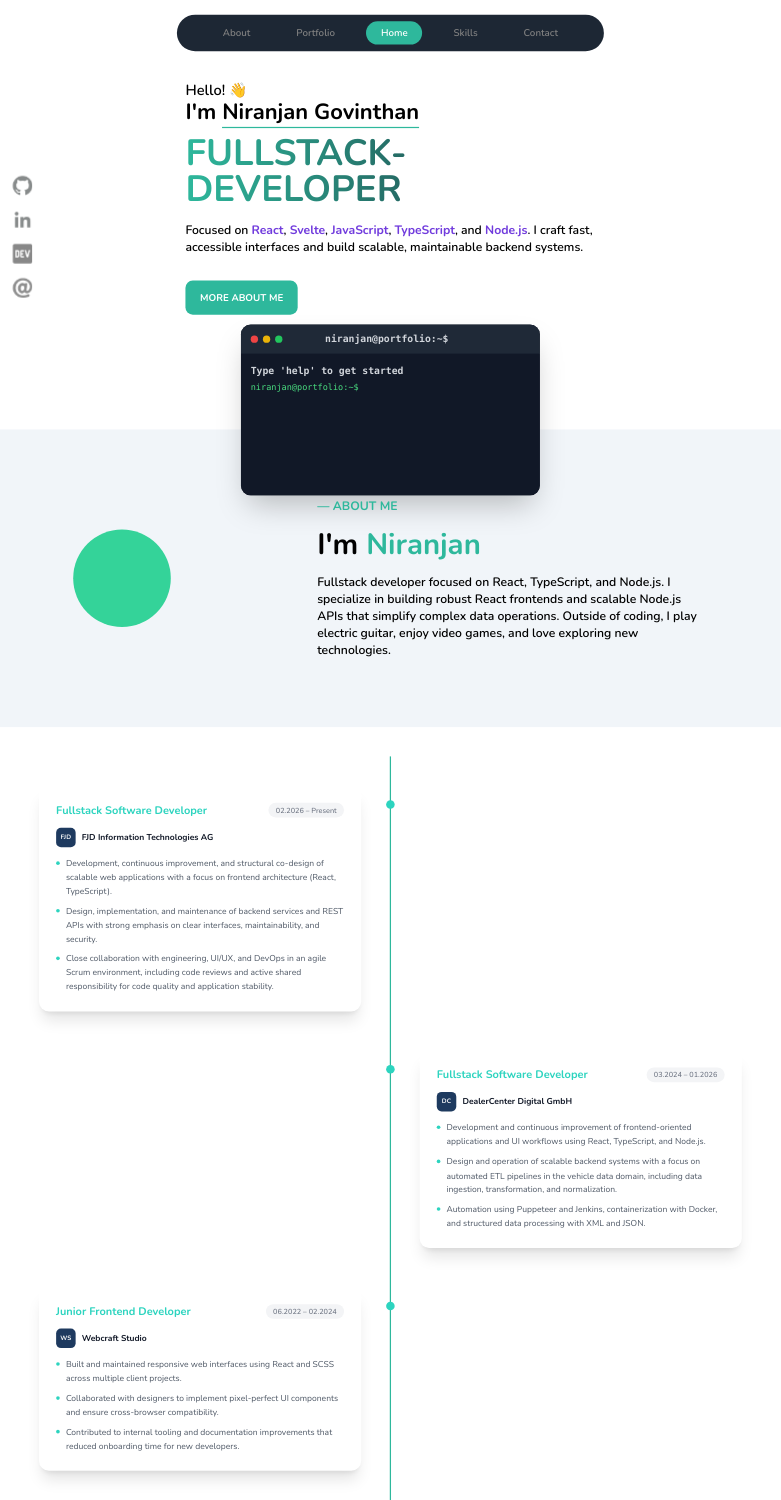
Repository: Niranjan-webdev/My-portfolio
Page: /
These files come from the project's save history. The page is drawn as it stood at one moment and after the next save; the edit follows.
The browser window is 1280 px wide. The pictures show the whole page, at 61% of full size.
The project was rebuilt for these pictures with package versions that can differ from the ones it lists, and the page was loaded fresh each time. Also part of the build but not shown: next.config.mjs.

Above is the page before, as saved 2026-03-21 12:05:19.

### src/index.css

body {

  margin: 0;
  font-family: "Nunito", sans-serif;
  -webkit-font-smoothing: antialiased;
  -moz-osx-font-smoothing: grayscale;
}

code {
  font-family: source-code-pro, Menlo, Monaco, Consolas, 'Courier New',
    monospace;
}

### src/App.js
import logo from './logo.svg';
import './App.css';
import { RiHeartFill } from '@remixicon/react'
import { Topnavbar, MainContainer } from './components';
// import Topnavbar from './components/Topnavbar';

function App() {
  return (
   <>
    <Topnavbar/>
    <MainContainer/>
   </>
  );
}

export default App;

### src/App.css
@import url('https://fonts.googleapis.com/css2?family=Fira+Code:wght@300..700&family=Nunito:ital,wght@0,200..1000;1,200..1000&display=swap');

@tailwind base;
@tailwind components;
@tailwind utilities;


.topbar__wrapper{
    @apply w-full flex justify-center
}
.topbar__content{
    @apply  py-2 bg-[#1d2734] mt-6 px-6 py-[18px] rounded-[30px] w-[700px]
}
.topbar__content ul {
   @apply flex justify-evenly
}
.topbar__content ul li{

}
.topbar__content ul li a{
    @apply  font-semibold py-2 px-6 rounded-full
}
/* .topbar__content ul li a:hover{
    @apply  text-lg
} */
.socialmedia__bar a img{
    @apply opacity-50
}
/* .burgerMenu span{
    @apply
} */

### src/components/index.js
export {default as Topnavbar} from "./Topnavbar"
export {default as MainContainer} from "./MainContainer"
export {default as Terminal} from "./terminal"
export {default as Timeline} from "./timeLine"
export {default as TimelineCard} from "./TimelineCard"

export {default as github} from "../assets/github-logo-dark.png"
export {default as linkedIn} from "../assets/linkedin-logo-dark.png"
export {default as DevTo} from "../assets/devto-logo-light.png"
export {default as mail} from "../assets/mail-logo-dark.5ab6061889d3fa3a24ef.png"

### src/components/Topnavbar.js
import { useState } from 'react'
import React from 'react'
import logo from '../assets/logo.svg'

function Topnavbar() {
    const [activeTab, setActiveTab] = useState('Home')
    const [isMenuOpen, setIsMenuOpen] = useState(false)

    const navItems = ['About', 'Portfolio', 'Home', 'Skills', 'Contact']

    const handleTabClick = (tabName) => {
        setActiveTab(tabName)
        console.log('Active tab changed to:', tabName)
    }
    const handleModal = () => {
        setIsMenuOpen(!isMenuOpen)
    }
    return (
        <>
            <div className='topbar__wrapper'>
                <nav className='topbar__content'>
                    <ul className=''>
                        {navItems.map((item) => (
                            <li key={item}>
                                <a
                                    onClick={() => handleTabClick(item)}
                                    className={`cursor-pointer transition-colors duration-200 ${activeTab === item
                                            ? 'bg-[#2eb89c] text-white font-semibold px-4 py-2 rounded'
                                            : 'text-[#808080] hover:text-[#2eb89c] px-4 py-2'
                                        }`}
                                >
                                    {item}
                                </a>
                            </li>
                        ))}
                    </ul>
                </nav>
            </div>
           {/* <div className='responsive__topbar fixed bg-white z-50'>
                <button className='burgerMenu fixed right-10 top-10 flex flex-col gap-[3px]'
                onClick={handleModal}>
                    <span className={`px-[12px] py-[2px] bg-black w-full rounded transition-transform duration-300
                      ${  isMenuOpen? 'rotate-45 translate-y-1.5' : ''
                    }`}
                   ></span>
                    <span className={`px-[12px] py-[2px] bg-black w-full rounded
                         ${  isMenuOpen? 'opacity-0' : ''
                }`}></span>
                    <span className={`px-[12px] py-[2px] bg-black w-full rounded transition-transform duration-300
                      ${  isMenuOpen? '-rotate-45 -translate-y-1.5' : ''
                    }`}></span>
                </button>
                <ul className={`responsive__content h-screen w-screen flex flex-col items-center justify-evenly
                ${isMenuOpen ? 'h-screen opacity-100' : 'max-h-0 opacity-0'}`}>
                {navItems.map((item) => (
                            <li key={item}>
                                <a
                                    onClick={() => handleTabClick(item)}
                                    className={"text-2xl font-bold"}>
                                    {item}
                                </a>
                            </li>
                        ))}
                </ul>
            </div>  */}
        </>
    )
}

export default Topnavbar

### src/components/MainContainer.js
import React from 'react'
import hero from '../assets/hero.png'
import logoOutline from '../assets/logo-outline.svg'
import dotcircles from '../assets/dotcircles.svg'
import { Terminal, github, linkedIn, mail, DevTo } from "./index"
import TimeLine from './timeLine'
// import OwlCarousel from 'react-owl-carousel';
// import 'owl.carousel/dist/assets/owl.carousel.css';
// import 'owl.carousel/dist/assets/owl.theme.default.css';

function MainContainer() {
    return (
        <>
            {/* Hero Banner start */}
            <section className='w-full'>
                {/* Social media bar */}
                <div className='socialmedia__bar ml-[1.3rem] fixed top-[40%] flex md:flex-col flex-col gap-6 w-[32px]'>
                    <a><img src={github} /></a>
                    <a><img src={linkedIn} /></a>
                    <a><img src={DevTo} /></a>
                    <a><img src={mail} /></a>
                </div>
                {/* Social media bar */}
                <div className='hero__banner h-[calc(100vh-100px)] flex items-center justify-around px-[5rem] py-[3rem] md:flex flex-wrap gap-4'>
                    <div className='banner__content w-3/5'>
                        <h4 className='text-2xl font-semibold'>Hello! 👋</h4>
                        <h2 className='text-4xl mb-4 font-bold'>I'm <span className='border-b-2 border-[#2eb89c]'>Niranjan Govinthan</span></h2>
                        <h1 className='text-6xl mb-6 font-bold bg-gradient-to-r from-[#2eb89c] to-[#1d2734] text-transparent bg-clip-text'>FULLSTACK-DEVELOPER</h1>
                        <p className='text-xl mb-10 font-semibold'>Focused on  <span className='text-[#713cdd] font-bold'>React</span>,  <span className='text-[#713cdd] font-bold'>Svelte</span>, <span className='text-[#713cdd] font-bold'>JavaScript</span>, <span className='text-[#713cdd] font-bold'>TypeScript</span>, and <span className='text-[#713cdd] font-bold'>Node.js</span>. I craft fast, accessible interfaces and build scalable, maintainable backend systems.</p>
                        <button className='py-4 px-6 bg-[#2eb89c] hover:bg-[#79cdb9] rounded-[12px] text-white text-base font-bold'>MORE ABOUT ME</button>
                    </div>
                    <Terminal />
                </div>
            </section>
            {/* Hero Banner end */}

            {/* About me */}
            <section className=' about__me flex bg-[#f1f5f9]'>
                <div className='about__container w-full py-[7rem] flex items-center justify-around'>
                    <div className='profile'>
                        <div className='p-20 rounded-full bg-emerald-400'></div>
                    </div>
                    <div className='about__content w-1/2'>
                        <h4 className='text-xl font-bold text-[#2eb89c] mb-6'>— ABOUT ME</h4>
                        <h2 className='text-5xl text-[#2eb89c] mb-6 font-bold'><span className='text-black'>I'm</span> Niranjan</h2>
                        <p className='text-xl font-[600]'>Fullstack developer focused on React, TypeScript, and Node.js. I specialize in building robust React frontends and scalable Node.js APIs that simplify complex data operations. Outside of coding, I play electric guitar, enjoy video games, and love exploring new technologies.</p>
                    </div>
                </div>

            </section>
            <TimeLine/>
            {/* About me */}
        </>
    )
}

export default MainContainer

### src/components/terminal.js
import React, { useState, useEffect, useRef } from 'react';

const Terminal = () => {
  const [input, setInput] = useState('');
  const [history, setHistory] = useState([
    { type: 'output', content: "Type 'help' to get started" }
  ]);
  const [currentPath, setCurrentPath] = useState('~');
  const [commandHistory, setCommandHistory] = useState([]);
  const [historyIndex, setHistoryIndex] = useState(-1);
  const inputRef = useRef(null);
  const terminalRef = useRef(null);

  // Sample file system structure
  const fileSystem = {
    '~': {
      type: 'directory',
      contents: {
        'projects': {
          type: 'directory',
          contents: {
            'portfolio': { type: 'directory', contents: {} },
            'blog': { type: 'directory', contents: {} },
            'README.md': { type: 'file', content: 'Welcome to my projects!' }
          }
        },
        'documents': {
          type: 'directory',
          contents: {
            'resume.pdf': { type: 'file', content: 'Resume file' },
            'notes.txt': { type: 'file', content: 'Personal notes' }
          }
        },
        'about.txt': { type: 'file', content: 'Full-stack developer passionate about creating amazing web experiences.' }
      }
    }
  };

  // Available commands
  const commands = {
    help: () => [
      'Available commands:',
      '  help     - Show this help message',
      '  clear    - Clear the terminal',
      '  ls       - List directory contents',
      '  cd       - Change directory',
      '  cat      - Display file contents',
      '  pwd      - Show current directory',
      '  whoami   - Display user information',
      '  date     - Show current date',
      '  echo     - Display text',
      '  about    - About me',
      '  skills   - My technical skills',
      '  contact  - Contact information'
    ],
    clear: () => {
      setHistory([]);
      return [];
    },
    ls: () => {
      const currentDir = getCurrentDirectory();
      if (currentDir && currentDir.contents) {
        return Object.keys(currentDir.contents).map(item => {
          const itemObj = currentDir.contents[item];
          return itemObj.type === 'directory' ? `📁 ${item}/` : `📄 ${item}`;
        });
      }
      return ['Directory not found'];
    },
    pwd: () => [currentPath],
    whoami: () => ['niranjan-dev'],
    date: () => [new Date().toString()],
    about: () => [
      'Hi! I\'m Niranjan, a Full-stack Developer',
      'Focused on JavaScript, Svelte, React, and Node.js',
      'I craft fast, accessible interfaces and build scalable,',
      'maintainable backend systems.',
      '',
      'Currently exploring new technologies and building',
      'innovative web solutions.'
    ],
    skills: () => [
      'Technical Skills:',
      '• Frontend: Svelte, React, TypeScript, JavaScript, HTML5, CSS3',
      '• Backend: Node.js, Express',
      '• Database: MongoDB',
      '• Tools: Git, Linux',
    ],
    contact: () => [
      'Get in touch:',
      '• Email: niranjan.g2k@gmail.com',
      '• GitHub: github.com/niranjanUidev',
      '• LinkedIn: linkedin.com/in/niranjan-dev',
      '• Website: niranjan-dev.de'
    ]
  };

  const getCurrentDirectory = () => {
    const pathParts = currentPath.split('/').filter(part => part !== '');
    let current = fileSystem['~'];

    for (const part of pathParts) {
      if (part === '~') continue;
      if (current.contents && current.contents[part]) {
        current = current.contents[part];
      } else {
        return null;
      }
    }
    return current;
  };

  const processCommand = (cmd) => {
    const trimmedCmd = cmd.trim();
    if (!trimmedCmd) return;

    const [command, ...args] = trimmedCmd.split(' ');

    // Add to command history
    setCommandHistory(prev => [...prev, trimmedCmd]);
    setHistoryIndex(-1);

    // Add command to history display
    setHistory(prev => [...prev, { type: 'command', content: `> ${trimmedCmd}` }]);

    if (commands[command]) {
      const result = commands[command](args);
      if (result.length > 0) {
        setHistory(prev => [...prev, { type: 'output', content: result }]);
      }
    } else if (command === 'echo') {
      setHistory(prev => [...prev, { type: 'output', content: [args.join(' ')] }]);
    } else if (command === 'cat') {
      const filename = args[0];
      const currentDir = getCurrentDirectory();
      if (currentDir && currentDir.contents && currentDir.contents[filename]) {
        const file = currentDir.contents[filename];
        if (file.type === 'file') {
          setHistory(prev => [...prev, { type: 'output', content: [file.content] }]);
        } else {
          setHistory(prev => [...prev, { type: 'output', content: [`cat: ${filename}: Is a directory`] }]);
        }
      } else {
        setHistory(prev => [...prev, { type: 'output', content: [`cat: ${filename}: No such file or directory`] }]);
      }
    } else if (command === 'cd') {
      const dir = args[0] || '~';
      if (dir === '~') {
        setCurrentPath('~');
      } else if (dir === '..') {
        const pathParts = currentPath.split('/').filter(part => part !== '');
        pathParts.pop();
        setCurrentPath(pathParts.length > 0 ? pathParts.join('/') : '~');
      } else {
        const currentDir = getCurrentDirectory();
        if (currentDir && currentDir.contents && currentDir.contents[dir] && currentDir.contents[dir].type === 'directory') {
          setCurrentPath(currentPath === '~' ? dir : `${currentPath}/${dir}`);
        } else {
          setHistory(prev => [...prev, { type: 'output', content: [`cd: ${dir}: No such file or directory`] }]);
        }
      }
    } else {
      setHistory(prev => [...prev, { type: 'output', content: [`Command not found: ${command}. Type 'help' for available commands.`] }]);
    }
  };

  const handleKeyDown = (e) => {
    if (e.key === 'Enter') {
      e.preventDefault();
      processCommand(input);
      setInput('');
    } else if (e.key === 'ArrowUp') {
      e.preventDefault();
      if (commandHistory.length > 0) {
        const newIndex = historyIndex === -1 ? commandHistory.length - 1 : Math.max(0, historyIndex - 1);
        setHistoryIndex(newIndex);
        setInput(commandHistory[newIndex]);
      }
    } else if (e.key === 'ArrowDown') {
      e.preventDefault();
      if (historyIndex !== -1) {
        const newIndex = historyIndex + 1;
        if (newIndex >= commandHistory.length) {
          setHistoryIndex(-1);
          setInput('');
        } else {
          setHistoryIndex(newIndex);
          setInput(commandHistory[newIndex]);
        }
      }
    }
  };

  const handleTerminalClick = () => {
    inputRef.current?.focus();
  };

  useEffect(() => {
    if (terminalRef.current) {
      terminalRef.current.scrollTop = terminalRef.current.scrollHeight;
    }
  }, [history]);

  useEffect(() => {
    inputRef.current?.focus();
  }, []);

  return (
    <div className="w-full max-w-[490px] max-h-[280px] bg-gray-900 rounded-[16px] shadow-2xl overflow-hidden">
      {/* Terminal Header */}
      <div className="bg-gray-800 px-4 py-3 flex items-center justify-between">
        <div className="flex items-center space-x-2">
          <div className="w-3 h-3 bg-red-500 rounded-full"></div>
          <div className="w-3 h-3 bg-yellow-500 rounded-full"></div>
          <div className="w-3 h-3 bg-green-500 rounded-full"></div>
        </div>
        <div className="text-gray-300 text-base font-bold font-mono">
          niranjan@portfolio:~$
        </div>
        <div className="w-16"></div>
      </div>

      {/* Terminal Content */}
      <div
        ref={terminalRef}
        className="bg-gray-900 text-green-400 font-mono text-sm p-4 h-96 cursor-text overflow-y-auto"
        onClick={handleTerminalClick}
      >
        {history.map((item, index) => (
          <div key={index} className="mb-1">
            {item.type === 'command' ? (
              <div className="text-green-500 text-base font-bold">{item.content}</div>
            ) : (
              <div className="text-gray-300 text-base font-bold">
                {Array.isArray(item.content) ? (
                  item.content.map((line, lineIndex) => (
                    <div key={lineIndex}>{line}</div>
                  ))
                ) : (
                  <div>{item.content}</div>
                )}
              </div>
            )}
          </div>
        ))}

        {/* Input Line */}
        <div className="flex items-center">
          <span className="text-green-400 mr-2">
            niranjan@portfolio:{currentPath}$
          </span>
          <input
            ref={inputRef}
            type="text"
            value={input}
            onChange={(e) => setInput(e.target.value)}
            onKeyDown={handleKeyDown}
            className="flex-1 bg-transparent text-green-400 outline-none font-mono"
            autoComplete="off"
            spellCheck="false"
          />
          {/* <span className="text-green-400 animate-pulse">█</span> */}
        </div>
      </div>
    </div>
  );
};

export default Terminal;

### src/components/timeLine.js
import React from 'react';
import TimelineCard from './TimelineCard';

const timelineData = [
  {
    date: '02.2026 – Present',
    title: 'Fullstack Software Developer',
    company: 'FJD Information Technologies AG',
    companyInitials: 'FJD',
    bullets: [
      'Development, continuous improvement, and structural co-design of scalable web applications with a focus on frontend architecture (React, TypeScript).',
      'Design, implementation, and maintenance of backend services and REST APIs with strong emphasis on clear interfaces, maintainability, and security.',
      'Close collaboration with engineering, UI/UX, and DevOps in an agile Scrum environment, including code reviews and active shared responsibility for code quality and application stability.',
    ],
    side: 'left',
  },
  {
    date: '03.2024 – 01.2026',
    title: 'Fullstack Software Developer',
    company: 'DealerCenter Digital GmbH',
    companyInitials: 'DC',
    bullets: [
      'Development and continuous improvement of frontend-oriented applications and UI workflows using React, TypeScript, and Node.js.',
      'Design and operation of scalable backend systems with a focus on automated ETL pipelines in the vehicle data domain, including data ingestion, transformation, and normalization.',
      'Automation using Puppeteer and Jenkins, containerization with Docker, and structured data processing with XML and JSON.',
    ],
    side: 'right',
  },
  {
    date: '06.2022 – 02.2024',
    title: 'Junior Frontend Developer',
    company: 'Webcraft Studio',
    companyInitials: 'WS',
    bullets: [
      'Built and maintained responsive web interfaces using React and SCSS across multiple client projects.',
      'Collaborated with designers to implement pixel-perfect UI components and ensure cross-browser compatibility.',
      'Contributed to internal tooling and documentation improvements that reduced onboarding time for new developers.',
    ],
    side: 'left',
  },
];

function TimeLine() {
  return (
    <div className="relative w-full py-12 mt-[3rem] px-[4rem]">
      {/* Central vertical line */}
      <div className="absolute left-1/2  top-0 bottom-0 w-[2px] bg-[#2eb89c] -translate-x-1/2" />

      <div className="flex flex-col gap-16 relative">
        {timelineData.map((item, i) => (
          <TimelineCard key={i} item={item} />
        ))}
      </div>
    </div>
  );
}

export default TimeLine;

### src/components/TimelineCard.js
import React from 'react';

function TimelineCard({ item }) {
    const isLeft = item.side === 'left';

    const Card = (
      <div className="bg-white rounded-2xl p-7 shadow-xl hover:shadow-2xl transition-shadow duration-200">
        {/* Header: title + date badge */}
        <div className="flex items-start justify-between gap-3 flex-wrap mb-4">
          <h3 className="text-[#2dd4bf] font-bold text-lg leading-snug m-0">
            {item.title}
          </h3>
          <span className="bg-gray-100 text-gray-500 text-xs font-medium px-3 py-1 rounded-full whitespace-nowrap shrink-0">
            {item.date}
          </span>
        </div>

        {/* Company */}
        <div className="flex items-center gap-2.5 mb-4">
          <div className="w-8 h-8 rounded-lg bg-[#1e3a5f] text-white text-[0.65rem] font-bold flex items-center justify-center tracking-wide shrink-0">
            {item.companyInitials}
          </div>
          <span className="text-sm font-bold text-gray-900">{item.company}</span>
        </div>

        {/* Bullets */}
        <ul className="flex flex-col gap-2.5 p-0 m-0 list-none">
          {item.bullets.map((b, i) => (
            <li key={i} className="flex gap-2.5 text-sm text-gray-600 leading-relaxed">
              <span className="w-1.5 h-1.5 rounded-full bg-[#2dd4bf] shrink-0 mt-[7px]" />
              <span>{b}</span>
            </li>
          ))}
        </ul>
      </div>
    );

    return (
      <div className="grid grid-cols-[1fr_48px_1fr] items-start relative">
        {isLeft ? (
          <>
            <div className="pr-6">{Card}</div>
            <div className="flex justify-center pt-6 z-10">
            <div className="w-3.5 h-3.5 rounded-full bg-[#2dd4bf] shrink-0" />
            </div>
            <div />
          </>
        ) : (
          <>
            <div />
            <div className="flex justify-center pt-6 z-10">
            <div className="w-3.5 h-3.5 rounded-full bg-[#2dd4bf] shrink-0" />
            </div>
            <div className="pl-6">{Card}</div>
          </>
        )}
      </div>
    );
  }

  export default TimelineCard;

### tailwind.config.js
/** @type {import('tailwindcss').Config} */
module.exports = {
  content: [
    "./src/**/*.{js,jsx,ts,tsx}",
  ],
  theme: {
    container: {
      margin: "3rem",
    },
    extend: {},
  },
  plugins: [],
}

Loaded but not shown: public/index.html (common file); src/index.js (common file); src/reportWebVitals.js (common file)

After the next save:
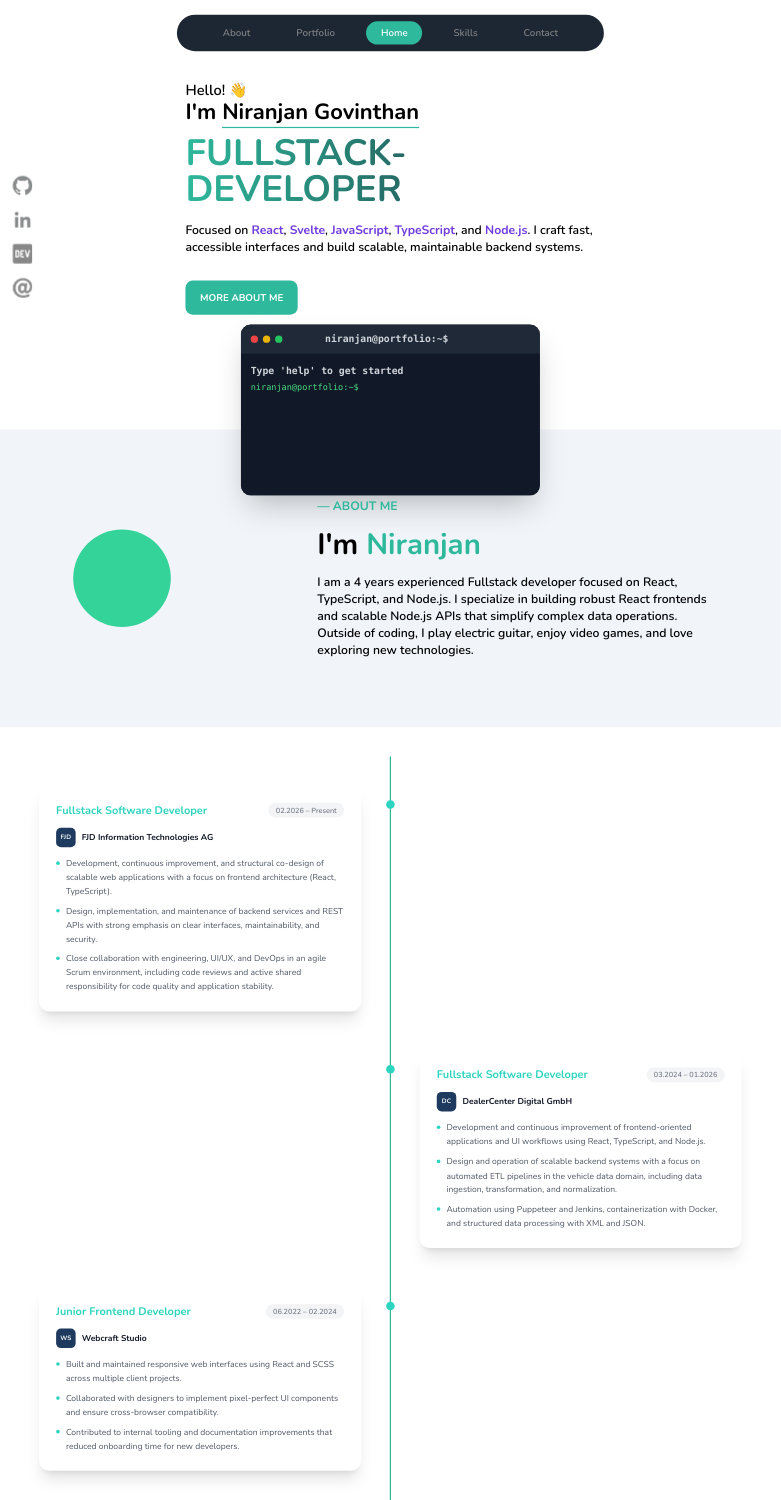
Saved 3 min 10 s later.
--- a/src/components/MainContainer.js
+++ b/src/components/MainContainer.js
@@ -43,7 +43,7 @@
                     <div className='about__content w-1/2'>
                         <h4 className='text-xl font-bold text-[#2eb89c] mb-6'>— ABOUT ME</h4>
                         <h2 className='text-5xl text-[#2eb89c] mb-6 font-bold'><span className='text-black'>I'm</span> Niranjan</h2>
-                        <p className='text-xl font-[600]'>Fullstack developer focused on React, TypeScript, and Node.js. I specialize in building robust React frontends and scalable Node.js APIs that simplify complex data operations. Outside of coding, I play electric guitar, enjoy video games, and love exploring new technologies.</p>
+                        <p className='text-xl font-[600]'>I am a 4 years experienced Fullstack developer focused on React, TypeScript, and Node.js. I specialize in building robust React frontends and scalable Node.js APIs that simplify complex data operations. Outside of coding, I play electric guitar, enjoy video games, and love exploring new technologies.</p>
                     </div>
                 </div>
 
